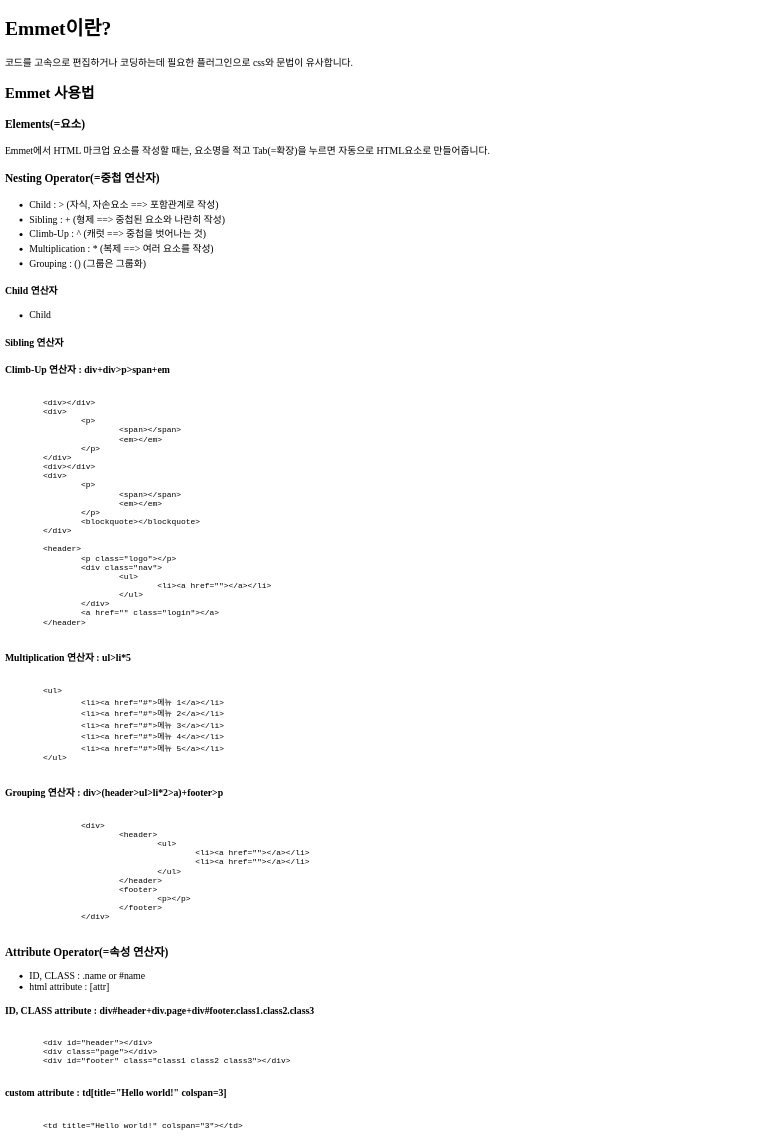
Repository: sbn121/WebUi
Page: Workspace/CloneCoding1/src/main/webapp/emmet-syntax.html
These files come from the project's save history. The page is drawn as it stood at one moment and after the next save; the edit follows.
The browser window is 1280 px wide. The pictures show the whole page, at 61% of full size.

Above is the page before, as saved 2023-05-30 07:37:12.

### Workspace/CloneCoding1/src/main/webapp/emmet-syntax.html
<!DOCTYPE html>
<html>
<head>
<meta charset="UTF-8">
<title>수코딩 클론</title>
<meta name="viewport" content="width=device-width, initial-scale=1.0" />

</head>
<body>
	<!-- https://docs.emmet.io/abbreviations/syntax/ -->
	<h1>Emmet이란?</h1>
	<p>코드를 고속으로 편집하거나 코딩하는데 필요한 플러그인으로 css와 문법이 유사합니다.</p>

	<h2>Emmet 사용법</h2>

	<h3>Elements(=요소)</h3>
	<p>Emmet에서 HTML 마크업 요소를 작성할 때는, 요소명을 적고 Tab(=확장)을 누르면 자동으로 HTML요소로 만들어줍니다.</p>

	<h3>Nesting Operator(=중첩 연산자)</h3>
	<ul>
		<li>Child : > (자식, 자손요소 ==> 포함관계로 작성)</li>
		<li>Sibling : + (형제 ==> 중첩된 요소와 나란히 작성)</li>
		<li>Climb-Up : ^ (캐럿 ==> 중첩을 벗어나는 것)</li>
		<li>Multiplication : * (복제 ==> 여러 요소를 작성)</li>
		<li>Grouping : () (그룹은 그룹화)</li>
	</ul>

	<h4>Child 연산자</h4>
	<div>
		<ul>
			<li>Child</li>
		</ul>
	</div>

	<h4>Sibling 연산자</h4>
	<div></div>
	<p></p>
	<blockquote></blockquote>

	<h4>Climb-Up 연산자 : div+div>p>span+em</h4>
	<xmp>
	<div></div>
	<div>
		<p>
			<span></span>
			<em></em>
		</p>
	</div>
	<div></div>
	<div>
		<p>
			<span></span>
			<em></em>
		</p>
		<blockquote></blockquote>
	</div>

	<header>
		<p class="logo"></p>
		<div class="nav">
			<ul>
				<li><a href=""></a></li>
			</ul>
		</div>
		<a href="" class="login"></a>
	</header>
	</xmp>
	<h4>Multiplication 연산자 : ul>li*5</h4>
	<xmp>
	<ul>
		<li><a href="#">메뉴 1</a></li>
		<li><a href="#">메뉴 2</a></li>
		<li><a href="#">메뉴 3</a></li>
		<li><a href="#">메뉴 4</a></li>
		<li><a href="#">메뉴 5</a></li>
	</ul>
	</xmp>

	<h4>Grouping 연산자 : div>(header>ul>li*2>a)+footer>p</h4>
	<xmp>
		<div>
			<header>
				<ul>
					<li><a href=""></a></li>
					<li><a href=""></a></li>
				</ul>
			</header>
			<footer>
				<p></p>
			</footer>
		</div>
	</xmp>

	<h3>Attribute Operator(=속성 연산자)</h3>
	<ul>
		<li>ID, CLASS : .name or #name</li>
		<li>html attribute : [attr]</li>
	</ul>

	<h4>ID, CLASS attribute : div#header+div.page+div#footer.class1.class2.class3</h4>
	<xmp>
	<div id="header"></div>
	<div class="page"></div>
	<div id="footer" class="class1 class2 class3"></div>
	</xmp>

	<h4>custom attribute : td[title="Hello world!" colspan=3]</h4>
	<xmp>
	<td title="Hello world!" colspan="3"></td>
	</xmp>

</body>
</html>

After the next save:
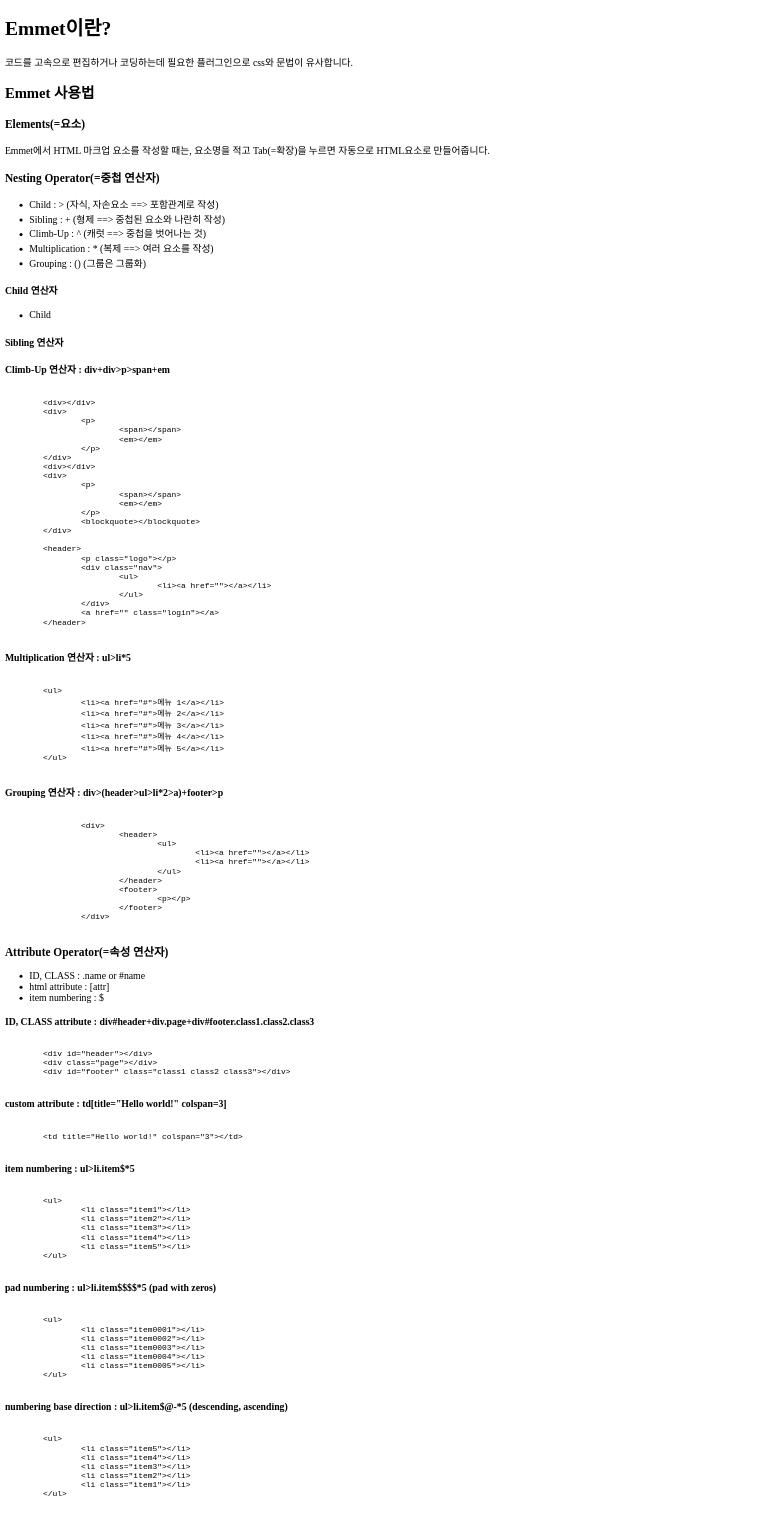
Saved 5 min 46 s later.
--- a/Workspace/CloneCoding1/src/main/webapp/emmet-syntax.html
+++ b/Workspace/CloneCoding1/src/main/webapp/emmet-syntax.html
@@ -95,6 +95,7 @@
 	<ul>
 		<li>ID, CLASS : .name or #name</li>
 		<li>html attribute : [attr]</li>
+		<li>item numbering : $</li>
 	</ul>
 
 	<h4>ID, CLASS attribute : div#header+div.page+div#footer.class1.class2.class3</h4>
@@ -109,5 +110,42 @@
 	<td title="Hello world!" colspan="3"></td>
 	</xmp>
 
+	<h4>item numbering : ul>li.item$*5</h4>
+	<xmp>
+	<ul>
+		<li class="item1"></li>
+		<li class="item2"></li>
+		<li class="item3"></li>
+		<li class="item4"></li>
+		<li class="item5"></li>
+	</ul>
+	</xmp>
+
+	<h4>pad numbering : ul>li.item$$$$*5 (pad with zeros)</h4>
+	<xmp>
+	<ul>
+		<li class="item0001"></li>
+		<li class="item0002"></li>
+		<li class="item0003"></li>
+		<li class="item0004"></li>
+		<li class="item0005"></li>
+	</ul>
+	</xmp>
+
+	<h4>numbering base direction : ul>li.item$@-*5 (descending, ascending)</h4>
+	<xmp>
+	<ul>
+		<li class="item5"></li>
+		<li class="item4"></li>
+		<li class="item3"></li>
+		<li class="item2"></li>
+		<li class="item1"></li>
+	</ul>
+	</xmp>
+
+
+
+
+
 </body>
 </html>
